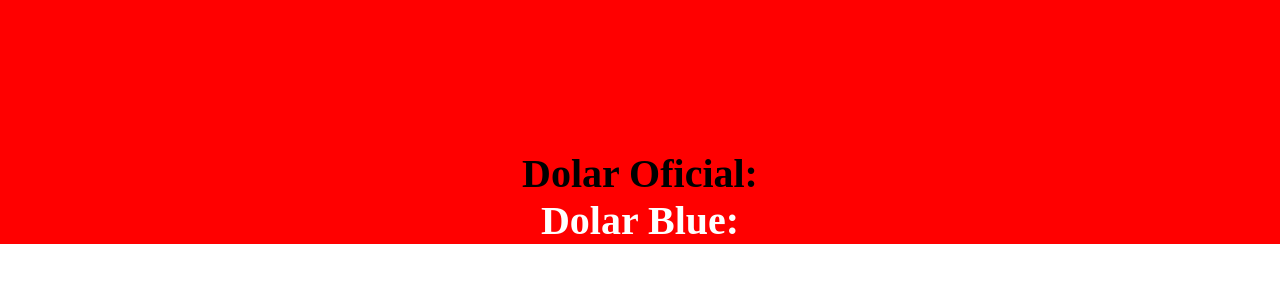
Repository: matias4633/Bill-Metal
Page: BillMetal/widget/BillMetal/index.html
An editor plug-in stored every save of this project. The page is shown before and after the next save, followed by the edit.
The browser window is 1280 px wide. The pictures show the whole page.
The page's requests for data from a server got no answer.

Above is the page before, as saved 2022-07-15 02:18:26.
Console error (its wording comes from the project's code and is left out).

### BillMetal/widget/BillMetal/index.html
<!DOCTYPE html>
<html>

<head>
  <meta charset="UTF-8">
  <link rel="stylesheet" type="text/css" href="css/style.css">
  <script src="js/main.js"></script>
  <style></style>
</head>

<body>
  <div id="page">
    <div id="container">
      <p id="texto-oficial">Dolar Oficial: <div id="oficial"></div> <div id="texto-blue">Dolar Blue: <div id="blue"></div> </div> </p>

    </div>
  </div>
</body>

</html>

### BillMetal/widget/BillMetal/css/style.css
html,
body {
    width: 100%;
    height: 100%;
    margin: 0;
    padding: 0;
}
p {
    color: black;
}
#page {
    background-color: white;
    color: #fff;
    height: 100%;
    position: relative;
    width: 100%;
}
#container {
    width: 100%;
    height: 100%;
}
#texto-oficial {
    font-weight: bold;
    font-size: 40px;
	padding-top: 150px;
    vertical-align: text-bottom;
    margin: 0;
    text-align: center;
    background: red

}
#oficial {
    background: blue;
    font-weight: bold;
    font-size: 40px;
    text-align: center;
}
#texto-blue {
    font-weight: bold;
    font-size: 40px;

    margin: 0;
    text-align: center;
    background: red
}
#blue {
    background: blue;
    font-weight: bold;
    font-size: 40px;
    text-align: center;
}

### BillMetal/widget/BillMetal/js/main.js
window.onload = function() {
  console.log('+[window.onload]');
  // Do nothing now
  const url = 'https://criptoya.com/api/dolar';

  let respuesta= new XMLHttpRequest();
  respuesta.open('GET',url);

  respuesta.onreadystatechange=function(){

      if(respuesta.readyState === XMLHttpRequest.DONE){

          let respuestaJson= JSON.parse(this.responseText);
          console.log(respuestaJson);
          document.getElementById('oficial').innerText = respuestaJson.oficial;
          document.getElementById('blue').innerText= respuestaJson.blue;
      }
  };
  respuesta.send();



};

After the next save:
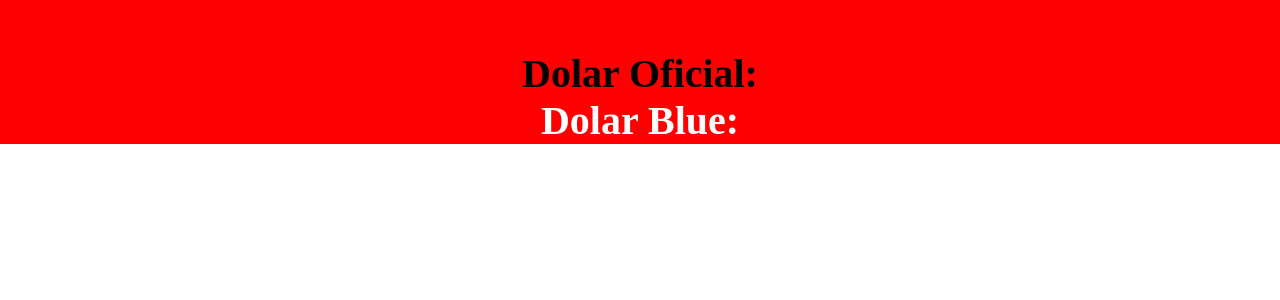
Saved 14 s later.
--- a/BillMetal/widget/BillMetal/css/style.css
+++ b/BillMetal/widget/BillMetal/css/style.css
@@ -22,7 +22,7 @@ p {
 #texto-oficial {
     font-weight: bold;
     font-size: 40px;
-	padding-top: 150px;
+	padding-top: 50px;
     vertical-align: text-bottom;
     margin: 0;
     text-align: center;
